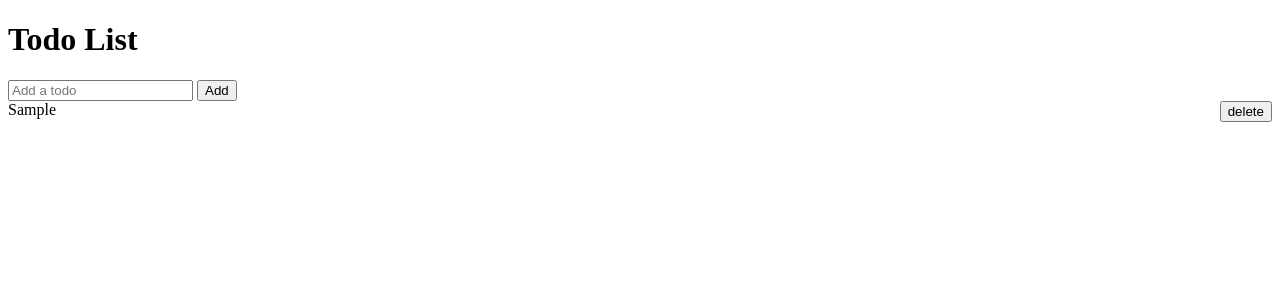
Repository: ble-syn/Todo-list
Page: index.html
An editor plug-in stored every save of this project. The page is shown before and after the next save, followed by the edit.
The browser window is 1280 px wide. The pictures show the whole page.
Empty fields were first filled with sample values (such as "Sample", 5 or name@example.com).
After loading, the first visible `button` was clicked once.

Above is the page before, as saved 2022-10-17 19:47:11.

After the next save:
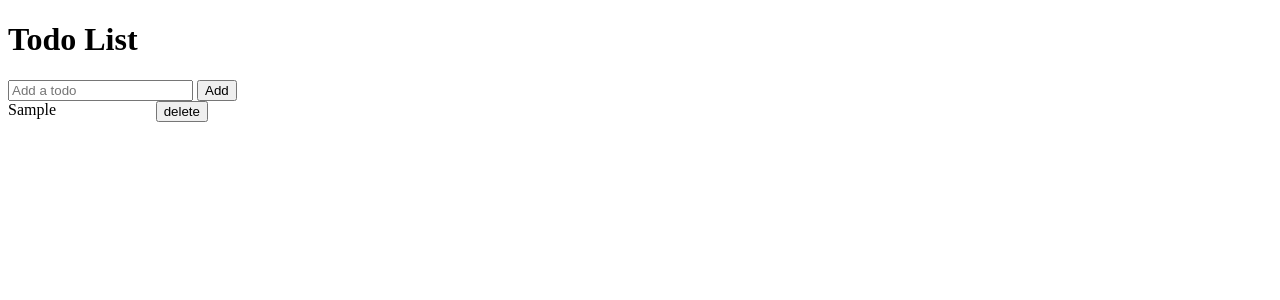
Saved 23 s later.
--- a/app.js
+++ b/app.js
@@ -9,7 +9,7 @@ function render (){
 
     const items = todoArray.map((element, index) => {
         return `
-            <li style="display: flex; justify-content: space-between">
+            <li style="display: flex; justify-content: space-between; width: 200px;">
                 <span>${element}</span>
                 <button id="${index}">delete</button>
             </li>
